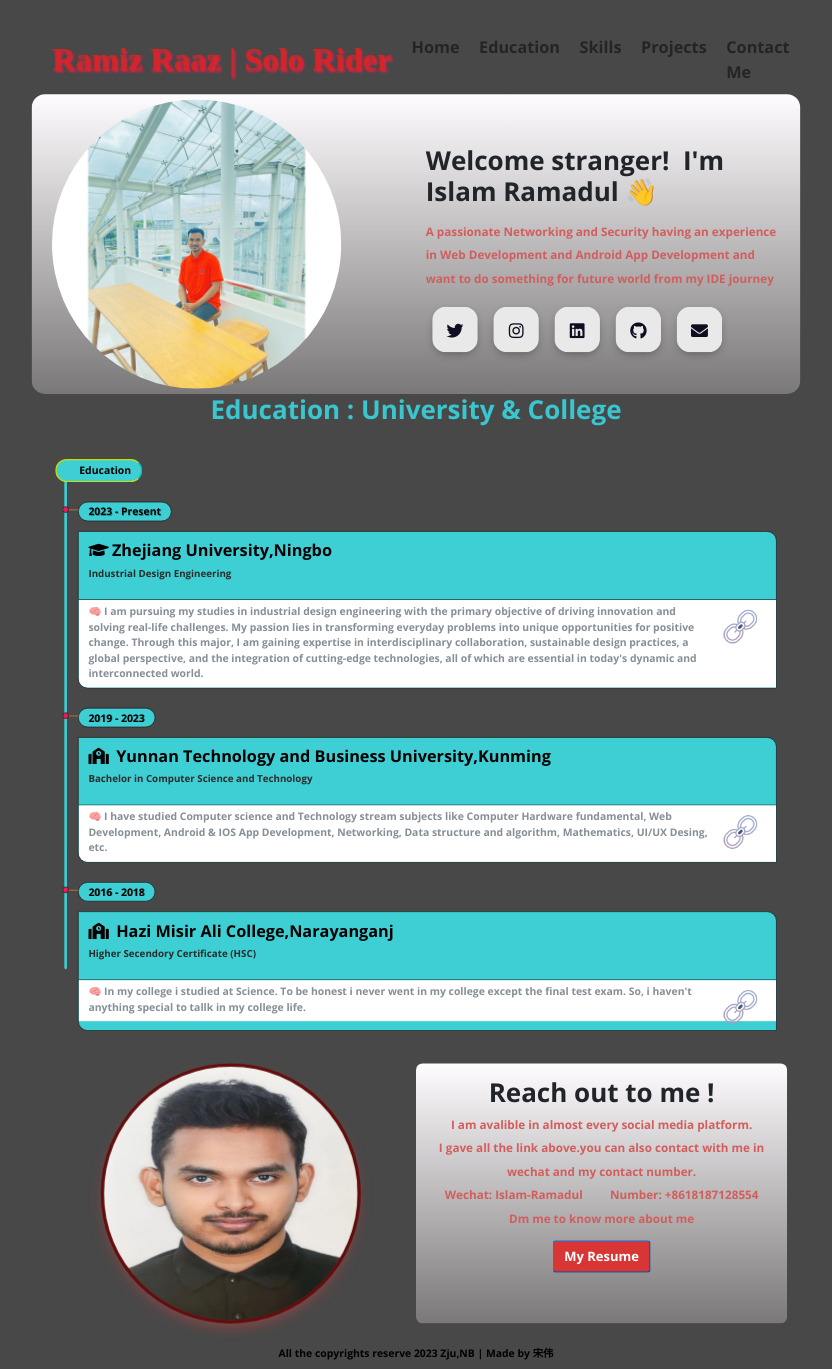
Repository: ramizraaz/ZjuProtfolio
Page: index.html
An editor plug-in stored every save of this project. The page is shown before and after the next save, followed by the edit.
The browser window is 1280 px wide. The pictures show the whole page, at 65% of full size.
Some web fonts or font styles are not loaded; a fallback is used. Some web libraries are served in a nearby version.

Above is the page before, as saved 2023-10-08 19:54:40.

After the next save:
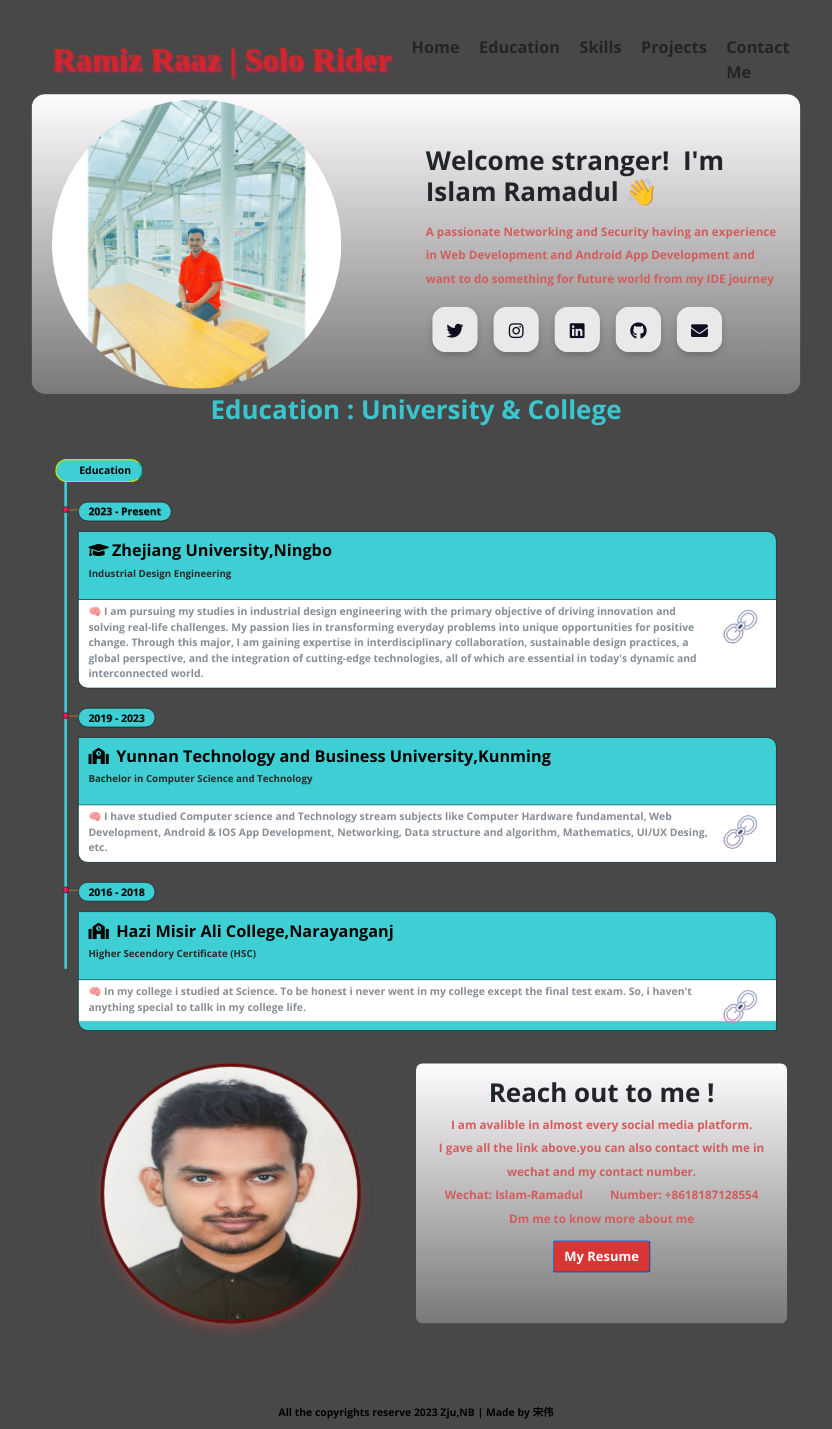
Saved 27 s later.
--- a/style.css
+++ b/style.css
@@ -382,7 +382,7 @@ p {
 }
 
 footer {
-    padding-top: 2%;
+    padding-top: 10%;
     color: #000000;
     text-align: center;
 }
